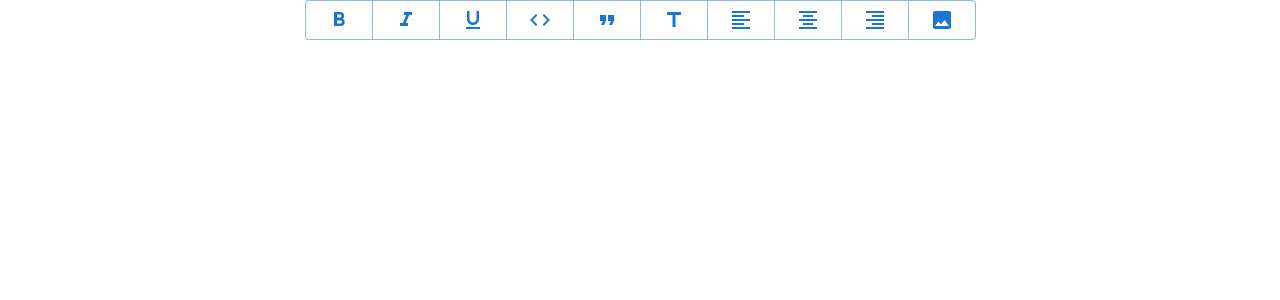
Repository: Judono/typedream_rich_text_editor_project
Page: /toolbar
The author's editor kept a copy of each file at every save. The page is drawn from the files as they stood at one save, then again after the next save.
The browser window is 1280 px wide. The pictures show the whole page.
The project was rebuilt for these pictures with package versions that can differ from the ones it lists, and the page was loaded fresh each time. The framework's server and built-in components were replaced by stand-ins that run in the browser. Also part of the build but not shown: next.config.js.

Above is the page before, as saved 2022-11-29 14:37:50.

After the next save:
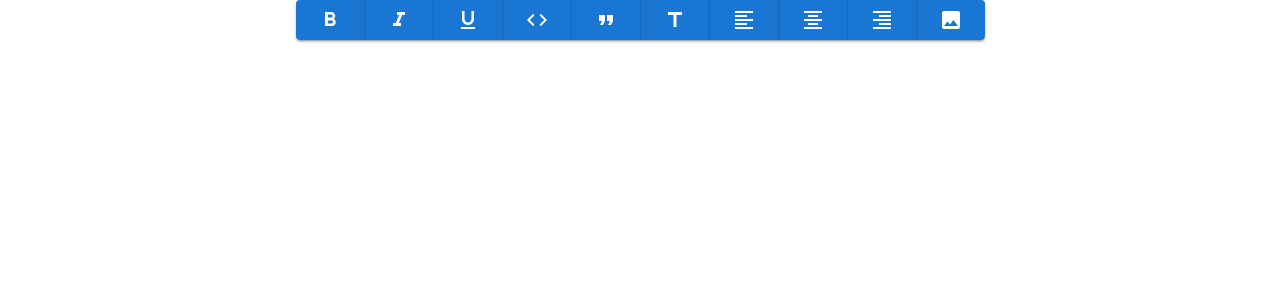
Saved 29 s later.
--- a/pages/toolbar.js
+++ b/pages/toolbar.js
@@ -19,7 +19,7 @@
   return (
 
     <div className={styles.toolbar}>
-        <ButtonGroup size='large'>
+        <ButtonGroup size='large' variant='contained' >
 
             {/* bold */}
             <Button onMouseDown={event => {

After the save that followed:
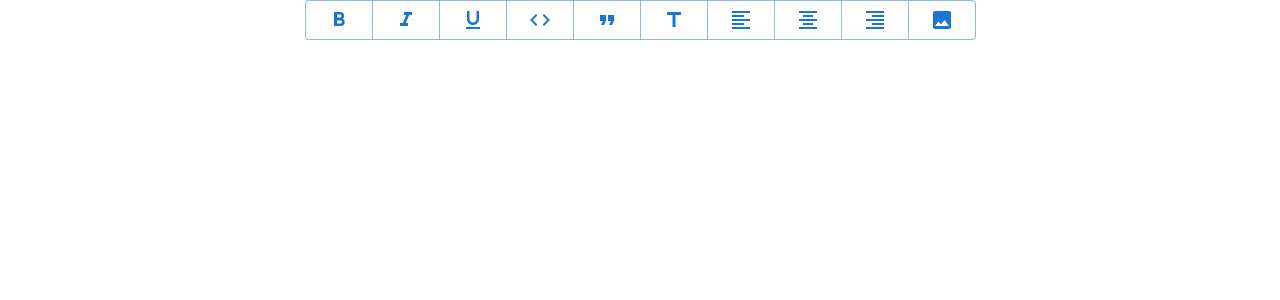
Saved 46 s later.
--- a/pages/toolbar.js
+++ b/pages/toolbar.js
@@ -19,7 +19,7 @@
   return (
 
     <div className={styles.toolbar}>
-        <ButtonGroup size='large' variant='contained' >
+        <ButtonGroup size='large' >
 
             {/* bold */}
             <Button onMouseDown={event => {
